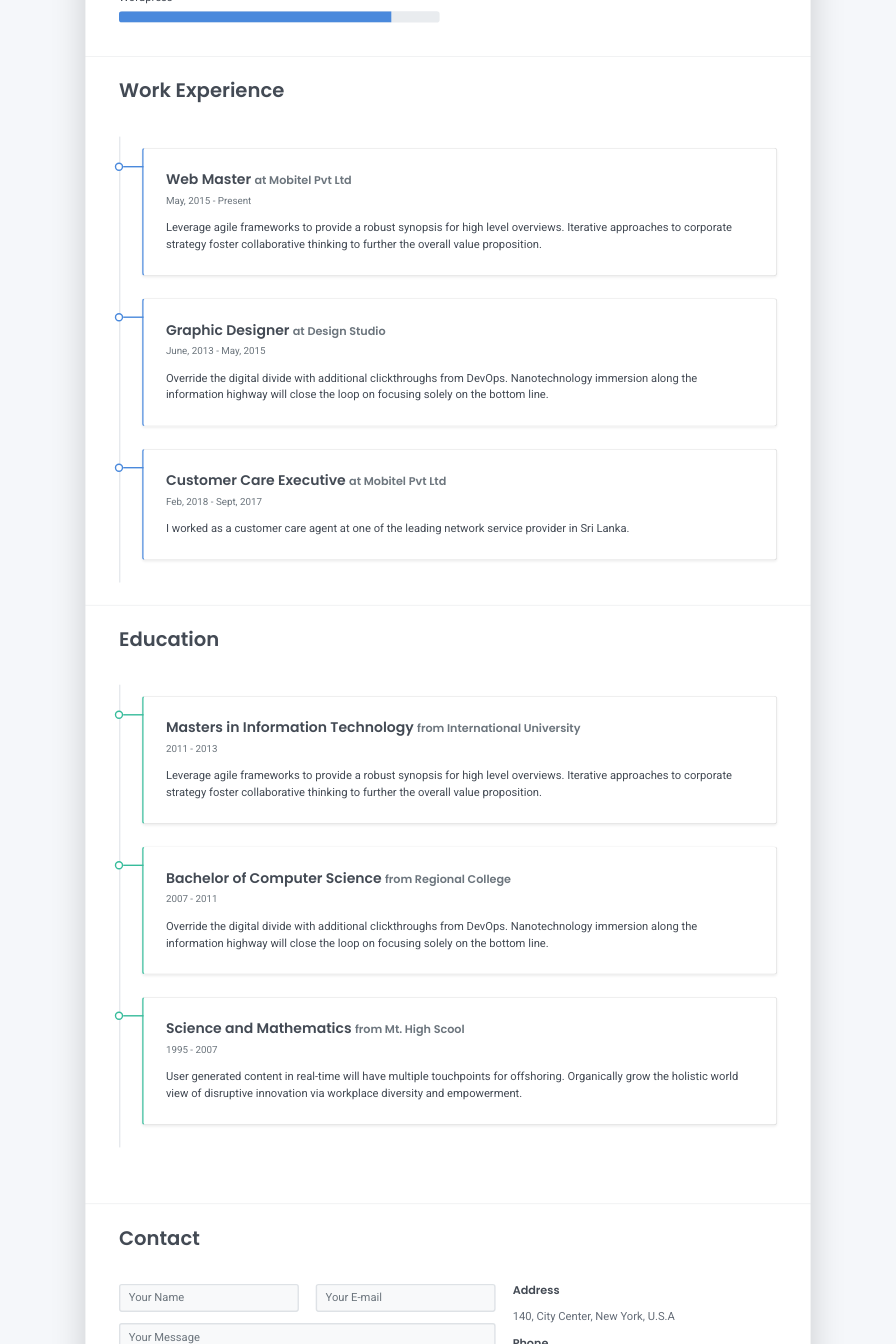
Repository: virangaj/resume
Page: index.html
The author's editor kept a copy of each file at every save. The page is drawn from the files as they stood at one save, then again after the next save.
The browser window is 1280 px wide. The pictures show the part of the page from y = 1123 to 3043 px (the page is 3556 px tall before and 3508 px after), at 70% of full size.

Above is the page before, as saved 2021-08-31 19:34:31.

### index.html
<!DOCTYPE html>
<html lang="en-US">
	<head>
		<meta charset="UTF-8" />
		<meta http-equiv="X-UA-Compatible" content="IE=edge" />
		<meta name="viewport" content="width=device-width, initial-scale=1" />
		<title>Virang Jayawardana</title>
		<link
			rel="preconnect"
			href="https://fonts.gstatic.com"
			crossorigin="crossorigin"
		/>
		<link
			rel="preload"
			as="style"
			href="https://fonts.googleapis.com/css2?family=Poppins:wght@600&amp;family=Roboto:wght@300;400;500;700&amp;display=swap"
		/>
		<link
			rel="stylesheet"
			href="https://fonts.googleapis.com/css2?family=Poppins:wght@600&amp;family=Roboto:wght@300;400;500;700&amp;display=swap"
			media="print"
			onload="this.media='all'"
		/>
		<noscript>
			<link
				rel="stylesheet"
				href="https://fonts.googleapis.com/css2?family=Poppins:wght@600&amp;family=Roboto:wght@300;400;500;700&amp;display=swap"
			/>
		</noscript>
		<link href="css/font-awesome/css/all.min.css?ver=1.2.0" rel="stylesheet" />
		<link href="css/bootstrap.min.css?ver=1.2.0" rel="stylesheet" />
		<link href="css/aos.css?ver=1.2.0" rel="stylesheet" />
		<link href="css/main.css?ver=1.2.0" rel="stylesheet" />
		<noscript>
			<style type="text/css">
				[data-aos] {
					opacity: 1 !important;
					transform: translate(0) scale(1) !important;
				}
			</style>
		</noscript>
	</head>
	<body id="top">
		<header class="d-print-none">
			<div class="container text-center text-lg-left">
				<div class="py-3 clearfix">
					<h1 class="site-title mb-0">Virang Jayawardana</h1>
					<div class="site-nav">
						<nav role="navigation">
							<ul class="nav justify-content-center">
								<li class="nav-item">
									<a
										class="nav-link"
										href="https://twitter.com/VirangaPasi"
										title="Twitter"
										><i class="fab fa-twitter"></i
										><span class="menu-title sr-only">Twitter</span></a
									>
								</li>
								<li class="nav-item">
									<a
										class="nav-link"
										href="https://www.facebook.com/virangapasindu.jayawardana/"
										title="Facebook"
										><i class="fab fa-facebook"></i
										><span class="menu-title sr-only">Facebook</span></a
									>
								</li>
								<li class="nav-item">
									<a
										class="nav-link"
										href="https://www.instagram.com/pasiya_k9/"
										title="Instagram"
										><i class="fab fa-instagram"></i
										><span class="menu-title sr-only">Instagram</span></a
									>
								</li>
								<li class="nav-item">
									<a
										class="nav-link"
										href="https://github.com/Viranga-pasi"
										title="Github"
										><i class="fab fa-github"></i
										><span class="menu-title sr-only">Github</span></a
									>
								</li>
							</ul>
						</nav>
					</div>
				</div>
			</div>
		</header>
		<div class="page-content">
			<div class="container">
				<div class="cover shadow-lg bg-white">
					<div class="cover-bg p-3 p-lg-4 text-white">
						<div class="row">
							<div class="col-lg-4 col-md-5">
								<div class="avatar hover-effect bg-white shadow-sm p-1">
									<img src="images/avatar.jpg" width="200" height="200" />
								</div>
							</div>
							<div class="col-lg-8 col-md-7 text-center text-md-start">
								<h2 class="h1 mt-2" data-aos="fade-left" data-aos-delay="0">
									Joyce Harrison
								</h2>
								<p data-aos="fade-left" data-aos-delay="100">
									Undergraduate | Web Developer
								</p>
								<div
									class="d-print-none"
									data-aos="fade-left"
									data-aos-delay="200"
								>
									<a
										class="btn btn-light text-dark shadow-sm mt-1 me-1"
										href="right-resume.pdf"
										target="_blank"
										>Download CV</a
									><a class="btn btn-success shadow-sm mt-1" href="#contact"
										>Hire Me</a
									>
								</div>
							</div>
						</div>
					</div>
					<div class="about-section pt-4 px-3 px-lg-4 mt-1">
						<div class="row">
							<div class="col-md-6">
								<h2 class="h3 mb-3">About Me</h2>
								<p>
									Hello! I’m Viranga Jayawardana. I am passionate about new
									technologies and Web Design. I am a skilled Front-end
									Developer and amazing video editor.
								</p>
							</div>
							<div class="col-md-5 offset-md-1">
								<div class="row mt-2">
									<div class="col-sm-4">
										<div class="pb-1">Age</div>
									</div>
									<div class="col-sm-8">
										<div class="pb-1 text-secondary">24</div>
									</div>
									<div class="col-sm-4">
										<div class="pb-1">Email</div>
									</div>
									<div class="col-sm-8">
										<div class="pb-1 text-secondary">
											virangapasindu4@gmail.com
										</div>
									</div>
									<div class="col-sm-4">
										<div class="pb-1">Phone</div>
									</div>
									<div class="col-sm-8">
										<div class="pb-1 text-secondary">+94 71 530 9595</div>
									</div>
									<div class="col-sm-4">
										<div class="pb-1">Address</div>
									</div>
									<div class="col-sm-8">
										<div class="pb-1 text-secondary">
											Samanala, Galdola, Kotapola, Sri Lanka
										</div>
									</div>
								</div>
							</div>
						</div>
					</div>
					<hr class="d-print-none" />
					<div class="skills-section px-3 px-lg-4">
						<h2 class="h3 mb-3">Professional Skills</h2>
						<div class="row">
							<div class="col-md-6">
								<div class="mb-2">
									<span>HTML</span>
									<div class="progress my-1">
										<div
											class="progress-bar bg-primary"
											role="progressbar"
											data-aos="zoom-in-right"
											data-aos-delay="100"
											data-aos-anchor=".skills-section"
											style="width: 90%"
											aria-valuenow="90"
											aria-valuemin="0"
											aria-valuemax="100"
										></div>
									</div>
								</div>
								<div class="mb-2">
									<span>CSS</span>
									<div class="progress my-1">
										<div
											class="progress-bar bg-primary"
											role="progressbar"
											data-aos="zoom-in-right"
											data-aos-delay="200"
											data-aos-anchor=".skills-section"
											style="width: 85%"
											aria-valuenow="85"
											aria-valuemin="0"
											aria-valuemax="100"
										></div>
									</div>
								</div>
								<div class="mb-2">
									<span>JavaScript</span>
									<div class="progress my-1">
										<div
											class="progress-bar bg-primary"
											role="progressbar"
											data-aos="zoom-in-right"
											data-aos-delay="300"
											data-aos-anchor=".skills-section"
											style="width: 80%"
											aria-valuenow="80"
											aria-valuemin="0"
											aria-valuemax="100"
										></div>
									</div>
								</div>
								<div class="mb-2">
									<span>ReactJs</span>
									<div class="progress my-1">
										<div
											class="progress-bar bg-primary"
											role="progressbar"
											data-aos="zoom-in-right"
											data-aos-delay="300"
											data-aos-anchor=".skills-section"
											style="width: 75%"
											aria-valuenow="75"
											aria-valuemin="0"
											aria-valuemax="100"
										></div>
									</div>
								</div>
								<div class="mb-2">
									<span>Java</span>
									<div class="progress my-1">
										<div
											class="progress-bar bg-primary"
											role="progressbar"
											data-aos="zoom-in-right"
											data-aos-delay="300"
											data-aos-anchor=".skills-section"
											style="width: 70%"
											aria-valuenow="70"
											aria-valuemin="0"
											aria-valuemax="100"
										></div>
									</div>
								</div>
								<div class="mb-2">
									<span>C language</span>
									<div class="progress my-1">
										<div
											class="progress-bar bg-primary"
											role="progressbar"
											data-aos="zoom-in-right"
											data-aos-delay="300"
											data-aos-anchor=".skills-section"
											style="width: 70%"
											aria-valuenow="70"
											aria-valuemin="0"
											aria-valuemax="100"
										></div>
									</div>
								</div>
								<div class="mb-2">
									<span>Wordpress</span>
									<div class="progress my-1">
										<div
											class="progress-bar bg-primary"
											role="progressbar"
											data-aos="zoom-in-right"
											data-aos-delay="300"
											data-aos-anchor=".skills-section"
											style="width: 85%"
											aria-valuenow="85"
											aria-valuemin="0"
											aria-valuemax="100"
										></div>
									</div>
								</div>
							</div>
							<div class="col-md-6">
								<div class="mb-2">
									<span>Adobe Photoshop</span>
									<div class="progress my-1">
										<div
											class="progress-bar bg-success"
											role="progressbar"
											data-aos="zoom-in-right"
											data-aos-delay="400"
											data-aos-anchor=".skills-section"
											style="width: 80%"
											aria-valuenow="90"
											aria-valuemin="0"
											aria-valuemax="100"
										></div>
									</div>
								</div>
								<div class="mb-2">
									<span>Abode Premiere Pro</span>
									<div class="progress my-1">
										<div
											class="progress-bar bg-success"
											role="progressbar"
											data-aos="zoom-in-right"
											data-aos-delay="500"
											data-aos-anchor=".skills-section"
											style="width: 85%"
											aria-valuenow="85"
											aria-valuemin="0"
											aria-valuemax="100"
										></div>
									</div>
								</div>
								<div class="mb-2">
									<span>Adobe After Effect</span>
									<div class="progress my-1">
										<div
											class="progress-bar bg-success"
											role="progressbar"
											data-aos="zoom-in-right"
											data-aos-delay="600"
											data-aos-anchor=".skills-section"
											style="width: 75%"
											aria-valuenow="75"
											aria-valuemin="0"
											aria-valuemax="100"
										></div>
									</div>
								</div>
								<div class="mb-2">
									<span>Adobe XD</span>
									<div class="progress my-1">
										<div
											class="progress-bar bg-success"
											role="progressbar"
											data-aos="zoom-in-right"
											data-aos-delay="600"
											data-aos-anchor=".skills-section"
											style="width: 75%"
											aria-valuenow="75"
											aria-valuemin="0"
											aria-valuemax="100"
										></div>
									</div>
								</div>
								<div class="mb-2">
									<span>Microsoft Office</span>
									<div class="progress my-1">
										<div
											class="progress-bar bg-success"
											role="progressbar"
											data-aos="zoom-in-right"
											data-aos-delay="600"
											data-aos-anchor=".skills-section"
											style="width: 85%"
											aria-valuenow="85"
											aria-valuemin="0"
											aria-valuemax="100"
										></div>
									</div>
								</div>
							</div>
						</div>
					</div>
					<hr class="d-print-none" />
					<div class="work-experience-section px-3 px-lg-4">
						<h2 class="h3 mb-4">Work Experience</h2>
						<div class="timeline">
							<div class="timeline-card timeline-card-primary card shadow-sm">
								<div class="card-body">
									<div class="h5 mb-1">
										Web Master
										<span class="text-muted h6">at Mobitel Pvt Ltd</span>
									</div>
									<div class="text-muted text-small mb-2">
										May, 2015 - Present
									</div>
									<div>
										Leverage agile frameworks to provide a robust synopsis for
										high level overviews. Iterative approaches to corporate
										strategy foster collaborative thinking to further the
										overall value proposition.
									</div>
								</div>
							</div>
							<div class="timeline-card timeline-card-primary card shadow-sm">
								<div class="card-body">
									<div class="h5 mb-1">
										Graphic Designer
										<span class="text-muted h6">at Design Studio</span>
									</div>
									<div class="text-muted text-small mb-2">
										June, 2013 - May, 2015
									</div>
									<div>
										Override the digital divide with additional clickthroughs
										from DevOps. Nanotechnology immersion along the information
										highway will close the loop on focusing solely on the bottom
										line.
									</div>
								</div>
							</div>
							<div class="timeline-card timeline-card-primary card shadow-sm">
								<div class="card-body">
									<div class="h5 mb-1">
										Customer Care Executive
										<span class="text-muted h6">at Mobitel Pvt Ltd</span>
									</div>
									<div class="text-muted text-small mb-2">
										Feb, 2018 - Sept, 2017
									</div>
									<div>
										I worked as a customer care agent at one of the leading
										network service provider in Sri Lanka.
									</div>
								</div>
							</div>
						</div>
					</div>
					<hr class="d-print-none" />
					<div class="page-break"></div>
					<div class="education-section px-3 px-lg-4 pb-4">
						<h2 class="h3 mb-4">Education</h2>
						<div class="timeline">
							<div class="timeline-card timeline-card-success card shadow-sm">
								<div class="card-body">
									<div class="h5 mb-1">
										Masters in Information Technology
										<span class="text-muted h6"
											>from International University</span
										>
									</div>
									<div class="text-muted text-small mb-2">2011 - 2013</div>
									<div>
										Leverage agile frameworks to provide a robust synopsis for
										high level overviews. Iterative approaches to corporate
										strategy foster collaborative thinking to further the
										overall value proposition.
									</div>
								</div>
							</div>
							<div class="timeline-card timeline-card-success card shadow-sm">
								<div class="card-body">
									<div class="h5 mb-1">
										Bachelor of Computer Science
										<span class="text-muted h6">from Regional College</span>
									</div>
									<div class="text-muted text-small mb-2">2007 - 2011</div>
									<div>
										Override the digital divide with additional clickthroughs
										from DevOps. Nanotechnology immersion along the information
										highway will close the loop on focusing solely on the bottom
										line.
									</div>
								</div>
							</div>
							<div class="timeline-card timeline-card-success card shadow-sm">
								<div class="card-body">
									<div class="h5 mb-1">
										Science and Mathematics
										<span class="text-muted h6">from Mt. High Scool</span>
									</div>
									<div class="text-muted text-small mb-2">1995 - 2007</div>
									<div>
										User generated content in real-time will have multiple
										touchpoints for offshoring. Organically grow the holistic
										world view of disruptive innovation via workplace diversity
										and empowerment.
									</div>
								</div>
							</div>
						</div>
					</div>
					<hr class="d-print-none" />
					<div class="contant-section px-3 px-lg-4 pb-4" id="contact">
						<h2 class="h3 text mb-3">Contact</h2>
						<div class="row">
							<div class="col-md-7 d-print-none">
								<div class="my-2">
									<form
										action="https://formspree.io/your@email.com"
										method="POST"
									>
										<div class="row">
											<div class="col-6">
												<input
													class="form-control"
													type="text"
													id="name"
													name="name"
													placeholder="Your Name"
													required
												/>
											</div>
											<div class="col-6">
												<input
													class="form-control"
													type="email"
													id="email"
													name="_replyto"
													placeholder="Your E-mail"
													required
												/>
											</div>
										</div>
										<div class="form-group my-2">
											<textarea
												class="form-control"
												style="resize: none"
												id="message"
												name="message"
												rows="4"
												placeholder="Your Message"
												required
											></textarea>
										</div>
										<button class="btn btn-primary mt-2" type="submit">
											Send
										</button>
									</form>
								</div>
							</div>
							<div class="col">
								<div class="mt-2">
									<h3 class="h6">Address</h3>
									<div class="pb-2 text-secondary">
										140, City Center, New York, U.S.A
									</div>
									<h3 class="h6">Phone</h3>
									<div class="pb-2 text-secondary">+0718-111-0011</div>
									<h3 class="h6">Email</h3>
									<div class="pb-2 text-secondary">Joyce@company.com</div>
								</div>
							</div>
							<div class="col d-none d-print-block">
								<div class="mt-2">
									<div>
										<div class="mb-2">
											<div class="text-dark">
												<i class="fab fa-twitter mr-1"></i
												><span>https://twitter.com/templateflip</span>
											</div>
										</div>
										<div class="mb-2">
											<div class="text-dark">
												<i class="fab fa-facebook mr-1"></i
												><span>https://www.facebook.com/templateflip</span>
											</div>
										</div>
										<div class="mb-2">
											<div class="text-dark">
												<i class="fab fa-instagram mr-1"></i
												><span>https://www.instagram.com/templateflip</span>
											</div>
										</div>
										<div class="mb-2">
											<div class="text-dark">
												<i class="fab fa-github mr-1"></i
												><span>https://github.com/templateflip</span>
											</div>
										</div>
									</div>
								</div>
							</div>
						</div>
					</div>
				</div>
			</div>
		</div>
		<footer class="pt-4 pb-4 text-muted text-center d-print-none">
			<div class="container">
				<div class="my-3">
					<div class="h4">Joyce Harrison</div>
					<div class="footer-nav">
						<nav role="navigation">
							<ul class="nav justify-content-center">
								<li class="nav-item">
									<a
										class="nav-link"
										href="https://twitter.com/templateflip"
										title="Twitter"
										><i class="fab fa-twitter"></i
										><span class="menu-title sr-only">Twitter</span></a
									>
								</li>
								<li class="nav-item">
									<a
										class="nav-link"
										href="https://www.facebook.com/templateflip"
										title="Facebook"
										><i class="fab fa-facebook"></i
										><span class="menu-title sr-only">Facebook</span></a
									>
								</li>
								<li class="nav-item">
									<a
										class="nav-link"
										href="https://www.instagram.com/templateflip"
										title="Instagram"
										><i class="fab fa-instagram"></i
										><span class="menu-title sr-only">Instagram</span></a
									>
								</li>
								<li class="nav-item">
									<a
										class="nav-link"
										href="https://github.com/templateflip"
										title="Github"
										><i class="fab fa-github"></i
										><span class="menu-title sr-only">Github</span></a
									>
								</li>
							</ul>
						</nav>
					</div>
				</div>
				<div class="text-small">
					<div class="mb-1">&copy; Right Resume. All rights reserved.</div>
					<div>
						Design -
						<a href="https://templateflip.com/" target="_blank">TemplateFlip</a>
					</div>
				</div>
			</div>
		</footer>
		<script src="scripts/bootstrap.bundle.min.js?ver=1.2.0"></script>
		<script src="scripts/aos.js?ver=1.2.0"></script>
		<script src="scripts/main.js?ver=1.2.0"></script>
	</body>
</html>

### css/main.css
/* Buttons */
/* Inputs */
/* Timeline custom component */
.timeline {
	border-left: 2px solid #e6e9ed;
	padding: 1rem 0;
}

.timeline-card {
	position: relative;
	margin-left: 31px;
	border-left: 2px solid;
	margin-bottom: 2rem;
}

.timeline-card:last-child {
	margin-bottom: 1rem;
}

.timeline-card:before {
	content: '';
	display: inline-block;
	position: absolute;
	background-color: #fff;
	border-radius: 10px;
	width: 12px;
	height: 12px;
	top: 20px;
	left: -41px;
	border: 2px solid;
	z-index: 2;
}

.timeline-card:after {
	content: '';
	display: inline-block;
	position: absolute;
	background-color: currentColor;
	width: 29px;
	height: 2px;
	top: 25px;
	left: -29px;
	z-index: 1;
}

.timeline-card-primary {
	border-left-color: #4a89dc;
}

.timeline-card-primary:before {
	border-color: #4a89dc;
}

.timeline-card-primary:after {
	background-color: #4a89dc;
}

.timeline-card-success {
	border-left-color: #37bc9b;
}

.timeline-card-success:before {
	border-color: #37bc9b;
}

.timeline-card-success:after {
	background-color: #37bc9b;
}

html {
	scroll-behavior: smooth;
}

.site-title {
	font-size: 1.25rem;
	line-height: 2.5rem;
}

.nav-link {
	padding: 0;
	font-size: 1.25rem;
	line-height: 2.5rem;
	color: rgba(0, 0, 0, 0.5);
}

.nav-link:hover,
.nav-link:focus,
.active .nav-link {
	color: rgba(0, 0, 0, 0.8);
}

.nav-item + .nav-item {
	margin-left: 1rem;
}

.cover {
	border-radius: 10px;
}

.cover-bg {
	background-color: #4a89dc;
	background-image: url("data:[embedded picture, 1696 characters]");
	border-radius: 10px 10px 0 0;
}

.avatar {
	max-width: 216px;
	max-height: 216px;
	margin-top: 20px;
	text-align: center;
	margin-left: auto;
	margin-right: auto;
}

.avatar img {
	/* Safari 6.0 - 9.0 */
	/* filter: grayscale(100%); */
}

footer a:not(.nav-link) {
	color: inherit;
	border-bottom: 1px dashed;
	text-decoration: none;
	cursor: pointer;
}

@media (min-width: 48em) {
	.site-title {
		float: left;
	}
	.site-nav {
		float: right;
	}
	.avatar {
		margin-bottom: -80px;
		margin-left: 0;
	}
}

@media print {
	body {
		background-color: #fff;
	}
	.container {
		width: auto;
		max-width: 100%;
		padding: 0;
	}
	.cover,
	.cover-bg {
		border-radius: 0;
	}
	.cover.shadow-lg {
		box-shadow: none !important;
	}
	.cover-bg {
		padding: 5rem !important;
		padding-bottom: 10px !important;
	}
	.avatar {
		margin-top: -10px;
	}
	.about-section {
		padding: 6.5rem 5rem 2rem !important;
	}
	.skills-section,
	.work-experience-section,
	.education-section,
	.contant-section {
		padding: 1.5rem 5rem 2rem !important;
	}
	.page-break {
		padding-top: 5rem;
		page-break-before: always;
	}
}

Loaded but not shown: css/font-awesome/css/all.min.css (library); css/bootstrap.min.css (library); css/aos.css (library); scripts/bootstrap.bundle.min.js (library); scripts/aos.js (library); scripts/main.js (common file)

After the next save:
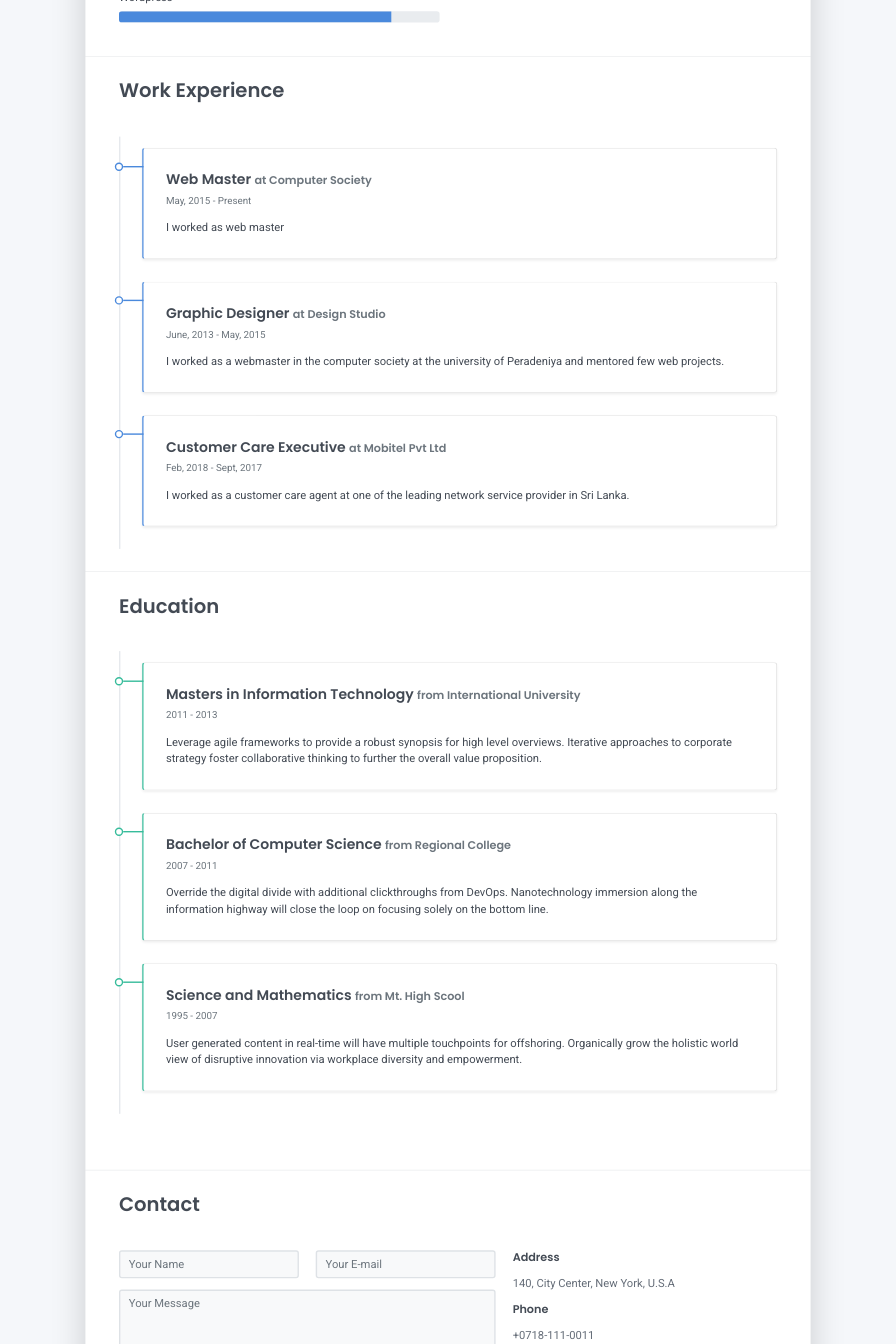
Saved 2 min 3 s later.
--- a/index.html
+++ b/index.html
@@ -378,17 +378,12 @@
 								<div class="card-body">
 									<div class="h5 mb-1">
 										Web Master
-										<span class="text-muted h6">at Mobitel Pvt Ltd</span>
+										<span class="text-muted h6">at Computer Society</span>
 									</div>
 									<div class="text-muted text-small mb-2">
 										May, 2015 - Present
 									</div>
-									<div>
-										Leverage agile frameworks to provide a robust synopsis for
-										high level overviews. Iterative approaches to corporate
-										strategy foster collaborative thinking to further the
-										overall value proposition.
-									</div>
+									<div>I worked as web master</div>
 								</div>
 							</div>
 							<div class="timeline-card timeline-card-primary card shadow-sm">
@@ -401,10 +396,8 @@
 										June, 2013 - May, 2015
 									</div>
 									<div>
-										Override the digital divide with additional clickthroughs
-										from DevOps. Nanotechnology immersion along the information
-										highway will close the loop on focusing solely on the bottom
-										line.
+										I worked as a webmaster in the computer society at the
+										university of Peradeniya and mentored few web projects.
 									</div>
 								</div>
 							</div>
